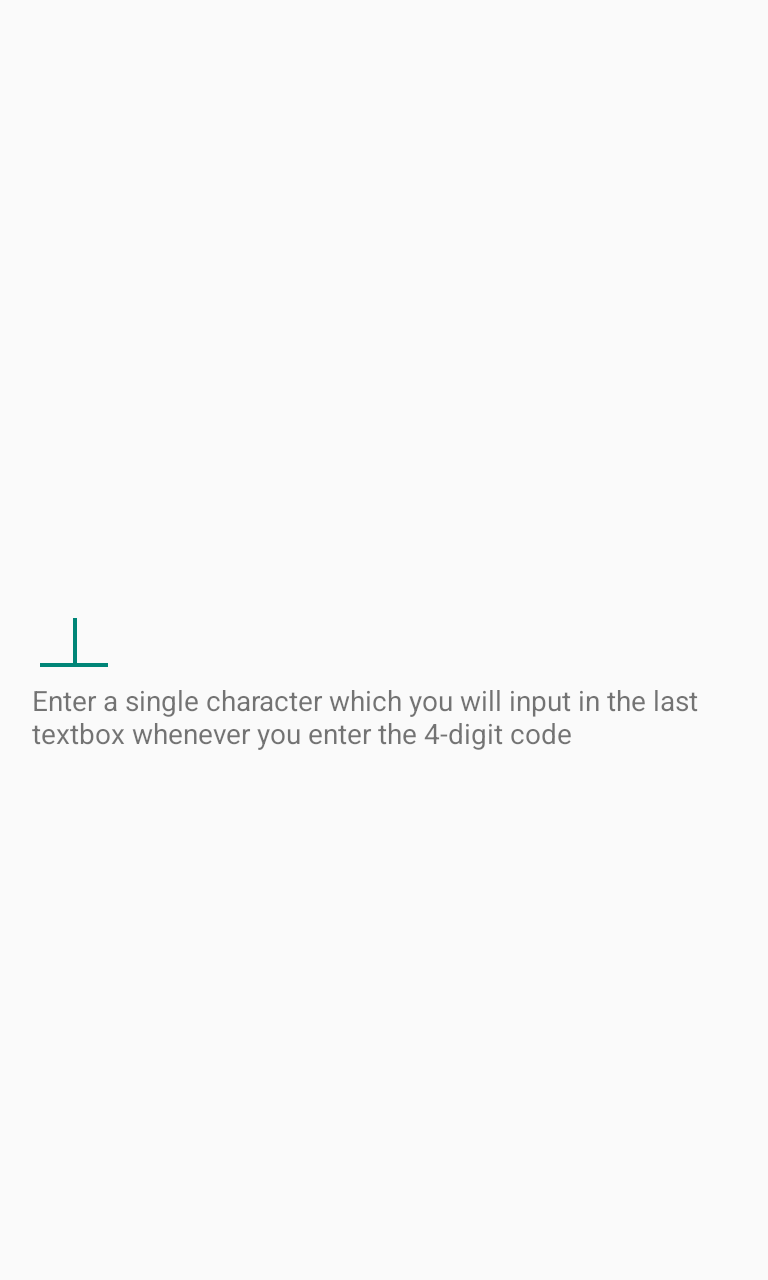
Repository: japheth-starita/DoorLockSystem
Layout: DoorLockSystem/res/layout/user_input_box.xml
These files come from the project's save history. The layout is drawn as it stood at one moment and after the next save; the edit follows.
It is drawn on a 768 x 1280 px phone screen (xhdpi) without system bars, with theme AppTheme; the app's code is not run.

Above is the layout before, as saved 2015-12-19 09:29:00.

After the next save:
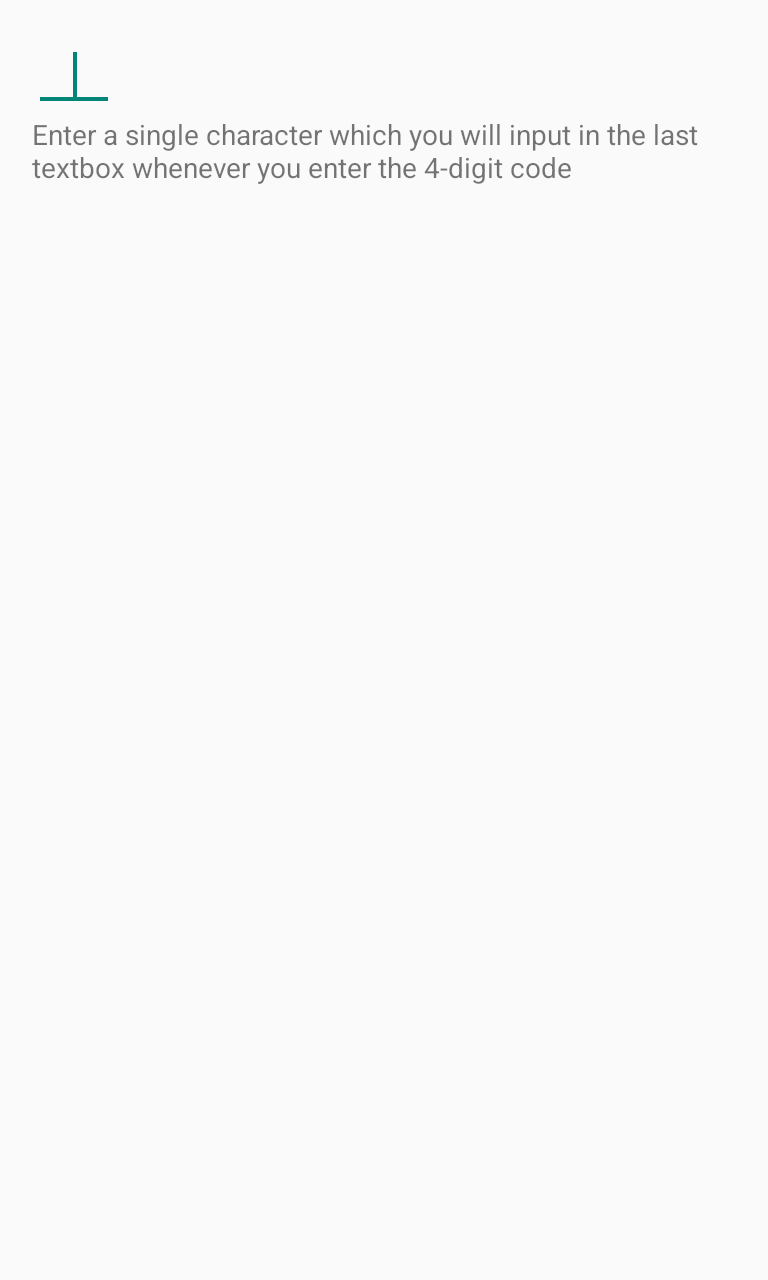
Saved 26 s later.
--- a/DoorLockSystem/res/layout/user_input_box.xml
+++ b/DoorLockSystem/res/layout/user_input_box.xml
@@ -13,6 +13,7 @@
         android:id="@+id/inputverifychar"
         style="@style/EditTextStyle"
         android:layout_gravity="center_horizontal"
+        android:layout_alignParentTop="true"
         android:inputType="text">
         <requestFocus />
     </EditText>
